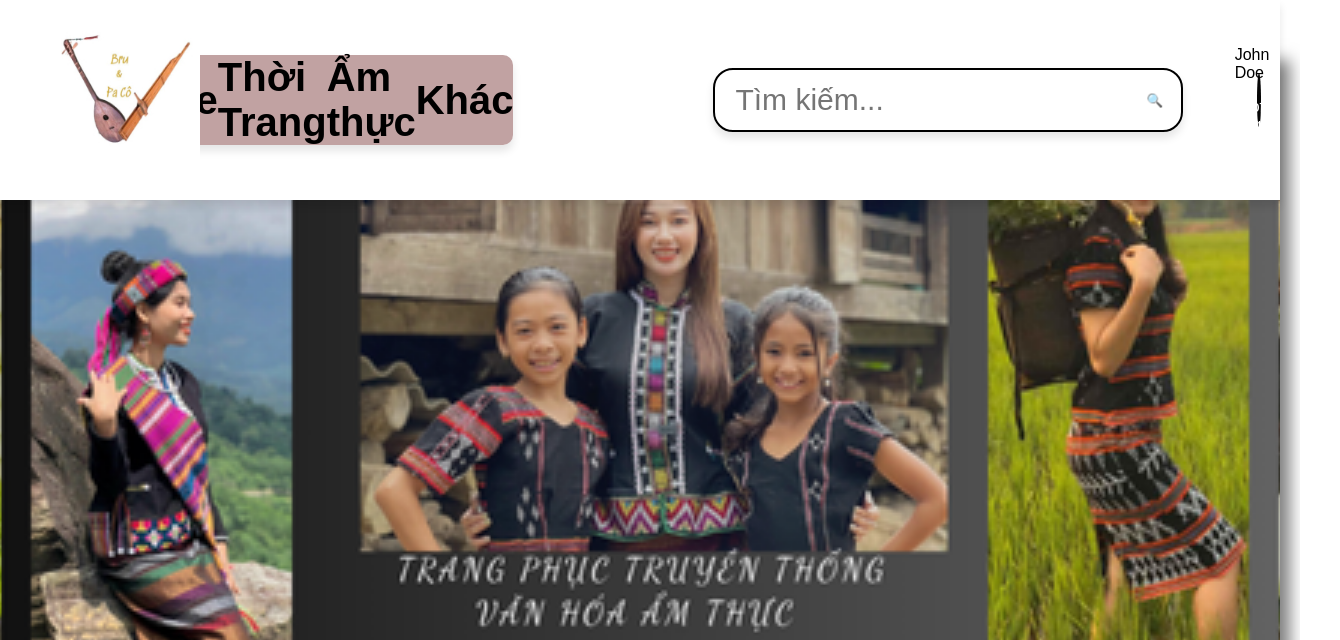
Repository: DangVai/LocalProduct
Page: Views/frontend/test.html
These files come from the project's save history. The page is drawn as it stood at one moment and after the next save; the edit follows.
The browser window is 1280 px wide. The page is 1300 px wide, then 1340 px, so the pictures cover 1340 px, including what lies to the right of the window. The pictures show the part of the page from y = 0 to 640 px (the page is 2405 px tall before and 2333 px after).
Pictures or frames that could not be fetched are drawn as grey boxes.

Above is the page before, as saved 2024-12-19 11:08:08.

### Views/frontend/test.html
<!DOCTYPE html>
<html lang="en">

<head>
    <meta charset="UTF-8">
    <meta name="viewport" content="width=device-width, initial-scale=1.0">
    <title>Dynamic Banner</title>
    <style>
        body {
            margin: 0;
            font-family: Arial, sans-serif;
        }

        .container-Home {
            background-color: white;
            width: 100%;
            min-height: 100vh;
            display: flex;
            flex-direction: column;
            align-items: center;
        }

        .text-run {
            width: 100%;
            height: 50px;
            overflow: hidden;
            background: rgb(113, 74, 74);
            white-space: nowrap;
            box-sizing: border-box;
            margin-bottom: 0px;
            text-align: center;
        }

        .text-run span {
            display: inline-block;
            padding-left: 100%;
            animation: marquee 10s linear infinite;
            font-size: 15px;
            padding-top: 18px;
            font-weight: bold;
            color: white;
        }

        @keyframes marquee {
            0% {
                transform: translateX(0);
            }
            100% {
                transform: translateX(-100%);
            }
        }

        .banner {
            position: relative;
            width: 100%;
            height: 600px;
            display: flex;
            justify-content: center;
            align-items: center;
        }

        .banner img {
            width: 100%;
            height: 100%;
            object-fit: cover;
            box-shadow: 10px 10px 15px rgba(0, 0, 0, 0.5);
        }

        .img-sliders {
            width: 100%;
            height: 250px;
            margin-top: 20px;
            margin-bottom: 20px;
            display: flex;
            justify-content: space-between;
            gap: 15px;
        }

        .slider-container {
            flex: 1;
            overflow: hidden;
            border: 2px solid #ddd;
            border-radius: 10px;
        }

        .slides {
            display: flex;
            transition: transform 0.5s ease-in-out;
        }

        .slide {
            width: 100%;
            flex-shrink: 0;
            object-fit: cover;
        }

        .header {
            top: 0;
            left: 0;
            display: flex;
            width: 100%;
            height: 200px;
            align-items: center;
            position: fixed;
            z-index: 4;
            box-shadow: 0 6px 8px rgba(0, 0, 0, 0.1);
            background-color: white;
        }

        .box_logo {
            width: 20%;
            display: flex;
            align-items: center;
        }

        .box_logo img {
            position: absolute;
            top: 10px;
            left: 30px;
            width: 170px;
            height: 160px;
            z-index: 10;
            margin-right: 100px;
        }

        .nav {
            width: 40%;
            height: 45%;
            display: flex;
            margin-right: 200px;
            justify-content: center;
            align-items: center;
            justify-content: space-evenly;
            border-radius: 10px;
            font-size: 40px;
            color: black;
            box-shadow: 0 6px 8px rgba(0, 0, 0, 0.1);
            background-color: rgba(163, 116, 116, 0.667);
        }

        .nav p {
            cursor: pointer;
        }

        .nav p:hover {
            font-size: 30px;
        }
        /* Sreach  */

        .searchHome {
            display: flex;
            align-items: center;
            justify-content: center;
            background-color: white;
            border: 2px black solid;
            box-shadow: 0 6px 8px rgba(0, 0, 0, 0.1);
            padding: 10px;
            border-radius: 20px;
            width: 450px;
            height: 20%;
        }

        .searchInput {
            flex: 1;
            border: none;
            padding: 5px 10px;
            font-size: 30px;
            outline: none;
        }

        .searchButton {
            border: none;
            background-color: #ffffff;
            color: white;
            padding: 5px 15px;
            border-radius: 0 5px 5px 0;
            cursor: pointer;
            height: 40px;
            width: 40px;
        }

        .searchButton:hover {
            background-color: #fcfeff;
        }
        /* end search */

        .account {
            width: 4%;
            display: flex;
            align-items: center;
            justify-content: center;
        }

        .box-account {
            border: 2px solid rgb(6, 6, 6);
            width: 70px;
            height: 50px;
            display: flex;
            align-items: center;
            justify-content: center;
            border-radius: 50%;
            margin-left: 100px;
        }

        .box-account i {
            font-size: 35px;
            color: white;
            cursor: pointer;
        }

        a {
            text-decoration: none;
            color: #fff;
        }

        .categories {
            width: 100%;
            display: flex;
            justify-content: space-between;
            gap: 20px;
            margin: 20px;
            background-color: #2b2b2b;
            padding: 20px;
            border-radius: 10px;
        }

        .page {
            flex: 1;
            background-color: white;
            border-radius: 8px;
            padding: 10px;
            margin: 10px 30px 10px 30px;
            box-shadow: 0 4px 8px rgba(0, 0, 0, 0.1);
            text-align: center;
        }

        .page p {
            font-size: 20px;
            font-weight: bold;
            margin-bottom: 10px;
            color: #6b5925;
        }

        .slider {
            position: relative;
            display: flex;
            align-items: center;
            margin-bottom: 10px;
        }

        .images {
            display: flex;
            overflow: hidden;
            width: 100%;
            gap: 25px;
        }

        .images img {
            width: 100%;
            height: 250px;
            /* margin-left: 0px; */
            object-fit: cover;
            border-radius: 5px;
        }

        button.explore-btn {
            background-color: #6b5925;
            color: white;
            border: none;
            padding: 10px 20px;
            font-size: 16px;
            border-radius: 5px;
            cursor: pointer;
        }

        button.explore-btn a {
            text-decoration: none;
            color: white;
        }

        button.explore-btn:hover {
            background-color: #52451d;
        }

        button.prev:hover,
        button.next:hover {
            background-color: #52451d;
        }
        /* Giới thiệu : */
        /* Bố cục chính */
        /* Tổng thể bố cục */

        .introduce {
            margin-top: 50px;
            width: 100%;
            display: flex;
            flex-direction: column;
            /* Chia theo chiều dọc */
            gap: 50px;
            /* Khoảng cách giữa các phần */
            padding: 20px;
            margin-bottom: 50px;
        }
        /* Phần chung cho vk và pc */

        .vk,
        .pc {
            display: flex;
            flex-direction: row;
            align-items: center;
            justify-content: space-between;
            gap: 50px;
            width: 100%;
        }
        /* Hình ảnh */

        .pc img {
            width: 500px;
            height: 400px;
            border-radius: 10px;
            border: 2px solid #3e3f40;
            object-fit: cover;
            /* Đảm bảo hình ảnh không bị méo */
            box-shadow: 0 4px 8px rgba(0, 0, 0, 0.1);
            margin-right: 50px
        }

        .vk img {
            width: 400px;
            height: 300px;
            border-radius: 10px;
            border: 2px solid #3e3f40;
            object-fit: cover;
            /* Đảm bảo hình ảnh không bị méo */
            box-shadow: 0 4px 8px rgba(0, 0, 0, 0.1);
            margin-left: 50px;
        }
        /* Gạch dọc */

        .vk .gach,
        .pc .gach {
            width: 3px;
            height: 300px;
            background-color: #070707;
        }

        .vk-text {
            flex: 1;
            padding: 0 10px;
            text-align: left;
            margin-right: 30px
        }

        .pc-text {
            flex: 1;
            padding: 0 10px;
            text-align: right;
            margin-left: 30px;
        }

        .vk-text h3,
        .pc-text h3 {
            font-size: 20px;
            color: #2c3e50;
            margin: 0 0 10px;
        }

        .vk-text p,
        .pc-text p {
            font-size: 20px;
            color: #555;
            line-height: 1.8;
        }
        /* Đảm bảo phần giới thiệu không bị lỗi chiều cao */

        .vk,
        .pc {
            min-height: 400px;
        }
    </style>
</head>

<body>

    <div class="header">
        <!-- Logo -->
        <div class="box_logo">
            <img src="/public/images/logo.jpg" alt="logo">
        </div>

        <!-- Navigation Menu -->
        <div class="nav">
            <p><b>Home</b></p>
            <p><b>Thời Trang</b></p>
            <p><b>Ẩm thực</b></p>
            <p><b>Khác</b></p>
        </div>

        <!-- Search -->
        <div class="searchHome">
            <input type="text" placeholder="Tìm kiếm..." class="searchInput">
            <button class="searchButton">
                🔍
    </button>
        </div>

        <!-- User Account -->
        <div class="account">
            <div class="box-account">
                <i class="fa-regular fa-user"></i>
            </div>
        </div>

        <!-- User Name and Dropdown Menu -->
        <div class="name-user">
            <p>
                <p>John Doe</p>
            </p>
            <div class="dropdown-menu" id="account-menu">
                <div>
                    <a href="#"><i class="fas fa-user fa-sm fa-fw mr-2 text-gray-400"></i> Profile</a>
                </div>

                <div>
                    <a href="#"><i class="fas fa-sign-in-alt fa-sm fa-fw mr-2 text-gray-400"></i> Log in</a>
                </div>
                <div>
                    <a href="#"><i class="fas fa-sign-out-alt fa-sm fa-fw mr-2 text-gray-400"></i> Log out</a>
                </div>
            </div>
        </div>
    </div>

    <div class="container-Home">
        <!-- Chữ chạy -->
        <div class="text-run">
            <span>Chào mừng bạn đến với cửa hàng thời trang Vân Kiều và Pa Cô! Khám phá các sản phẩm đặc sắc ngay hôm nay!</span>
        </div>

        <!-- Banner -->
        <div class="banner">
            <img src="/public/images/Vân Kiều - Pa Cô.png" alt="Banner">
        </div>

        <!-- Các mục hình ảnh -->
        <div class="img-sliders">
            <!-- Slider 1 -->
            <div class="slider-container">
                <div class="slides" id="slider1">
                    <img src="/public/images/R.jpg" class="slide" alt="Slide 1">
                    <img src="/public/images/slide2.jpg" class="slide" alt="Slide 2">
                    <img src="/public/images/slide3.jpg" class="slide" alt="Slide 3">
                </div>
            </div>

            <!-- Slider 2 -->
            <div class="slider-container">
                <div class="slides" id="slider2">
                    <img src="/public/images/slide3.jpg" class="slide" alt="Slide 1">
                    <img src="/public/images/R.jpg" class="slide" alt="Slide 2">
                    <img src="/public/images/slide2.jpg" class="slide" alt="Slide 3">
                </div>
            </div>

            <!-- Slider 3 -->
            <div class="slider-container">
                <div class="slides" id="slider3">
                    <img src="/public/images/slide2.jpg" class="slide" alt="Slide 1">
                    <img src="/public/images/slide3.jpg" class="slide" alt="Slide 2">
                    <img src="/public/images/R.jpg" class="slide" alt="Slide 3">
                </div>
            </div>
        </div>
        <div class="categories">
            <div class="page">
                <p>National Costume</p>
                <div class="slider">
                    <div class="images">
                        <img src="/public/images/slide2.jpg" alt="Costume 1">
                    </div>
                </div>
                <button class="explore-btn"><a href="#">Explore now</a></button>
            </div>
            <div class="page">
                <p>Cuisine</p>
                <div class="slider">
                    <div class="images">
                        <img src="/public/images/slide2.jpg" alt="Cuisine 1">
                    </div>
                </div>
                <button class="explore-btn"><a href="#">Explore now</a></button>
            </div>
            <div class="page">
                <p>Other Products</p>
                <div class="slider">
                    <div class="images">
                        <img src="/public/images/slide2.jpg" alt="Other 1">
                    </div>
                </div>
                <button class="explore-btn"><a href="#">Explore now</a></button>
            </div>
        </div>
        <div class="introduce">
            <div class="vk">
                <img src="/public/images/Chị Huyền.jpg" alt="Người Vân Kiều" class="vkimg">
                <div class="gach"></div>
                <div class="vk-text">
                    <h3>Người Vân Kiều</h3>
                    <p>Trang phục truyền thống: Trang phục của người Vân Kiều thường được làm từ vải dệt thủ công với hoa văn tinh tế. Đàn ông thường mặc khố và áo cộc, còn phụ nữ mặc váy dài và áo bó sát người, thêu hoa văn cầu kỳ. Màu sắc chủ đạo của trang
                        phục thường là đỏ, đen, và trắng, tượng trưng cho sức mạnh và sự gắn kết với thiên nhiên. Ẩm thực: Các món ăn phổ biến bao gồm cơm lam, thịt nướng và rượu cần, thường được làm từ nguyên liệu tự nhiên như gạo nếp, thịt rừng..
                    </p>
                </div>
            </div>
            <div class="pc">
                <div class="pc-text">
                    <h3>Người Pa Cô</h3>
                    <p>Trang phục truyền thống: Trang phục của người Pa Cô cũng rất độc đáo, thường được dệt tay với các hoa văn hình học, thể hiện sự kết nối với thiên nhiên và đời sống sinh hoạt hàng ngày. Phụ nữ Pa Cô đeo nhiều trang sức như vòng cổ,
                        vòng tay, tạo nên vẻ đẹp truyền thống. Ẩm thực: Người Pa Cô yêu thích các món nướng, kết hợp cùng rau rừng và các loại củ, quả hái lượm. Rượu cần cũng là một thức uống không thể thiếu trong các dịp lễ hội.</p>
                </div>
                <div class="gach"></div>
                <img src="/public/images/khánh Huyền.jpg" alt="Người Pa Cô" class="pcimg">
            </div>
        </div>

    </div>


    <script>
        function autoSlide(sliderId) {
            const slides = document.querySelector(`#${sliderId}`);
            const totalSlides = slides.children.length;
            let currentSlide = 0;

            setInterval(() => {
                currentSlide = (currentSlide + 1) % totalSlides;
                const offset = -currentSlide * 100;
                slides.style.transform = `translateX(${offset}%)`;
            }, 3000); // Thay đổi ảnh sau mỗi 3 giây
        }

        autoSlide('slider1');
        autoSlide('slider2');
        autoSlide('slider3');
    </script>
</body>

</html>

After the next save:
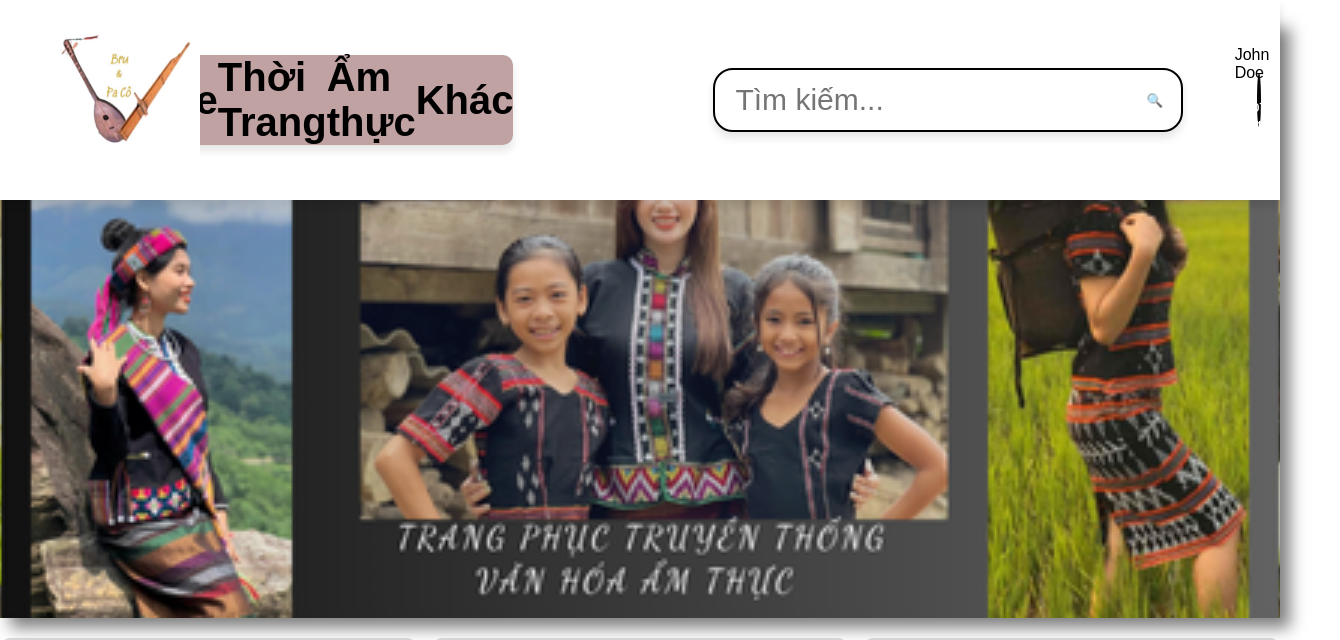
Saved 21 h 34 min later.
--- a/Views/frontend/test.html
+++ b/Views/frontend/test.html
@@ -431,7 +431,7 @@
         </div>
     </div>
 
-    <div class="container-Home">
+    <div class="container
         <!-- Chữ chạy -->
         <div class="text-run">
             <span>Chào mừng bạn đến với cửa hàng thời trang Vân Kiều và Pa Cô! Khám phá các sản phẩm đặc sắc ngay hôm nay!</span>
